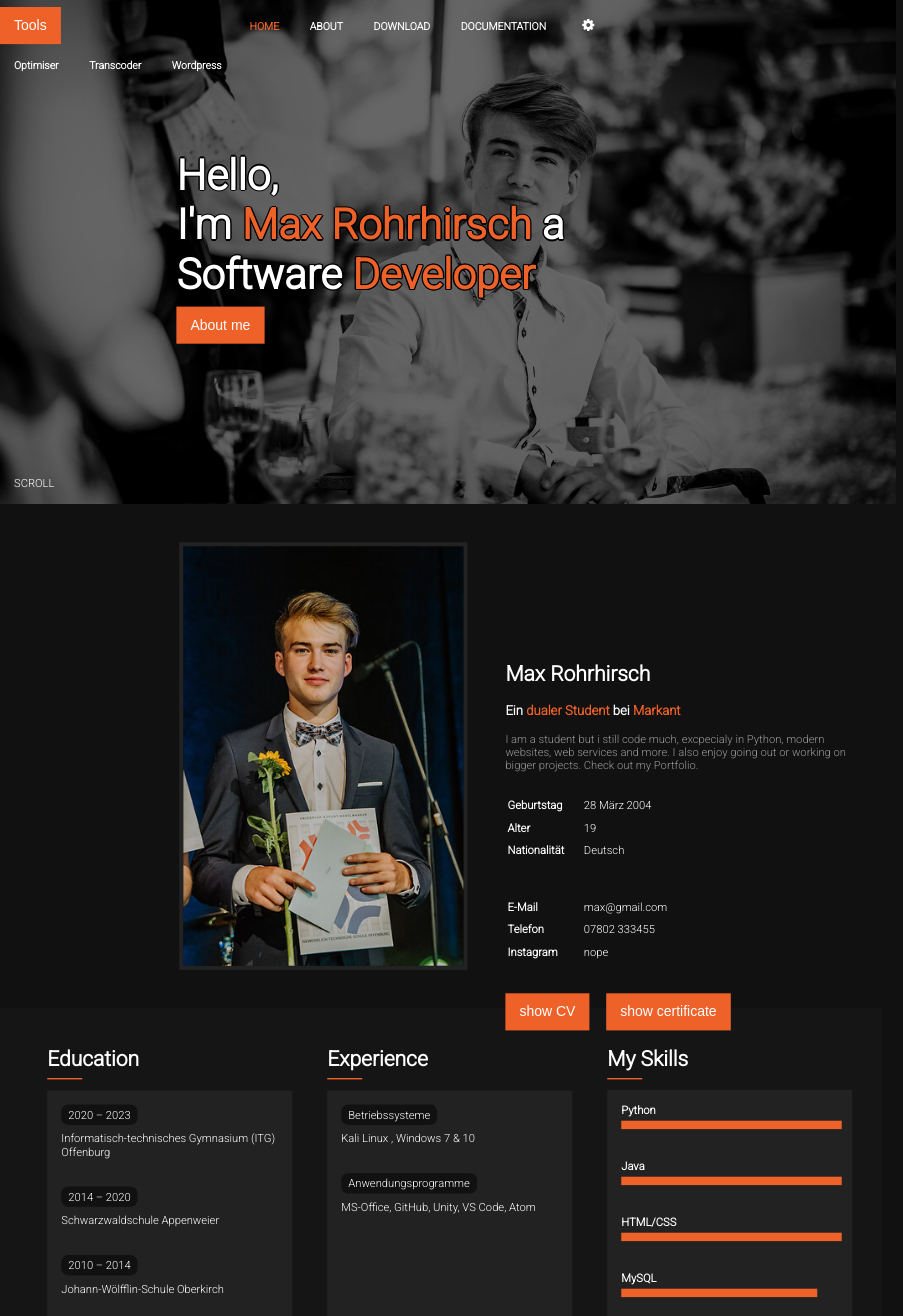
Repository: Max-Rohrhirsch/Max-Rohrhirsch.github.io
Page: index.html
An editor plug-in stored every save of this project. The page is shown before and after the next save, followed by the edit.
The browser window is 1280 px wide. The page is 1290 px wide, so the pictures cover 1290 px, including what lies to the right of the window. The pictures show the part of the page from y = 0 to 1880 px (the page is 2903 px tall), at 70% of full size.

Above is the page before, as saved 2023-10-15 15:20:25.

### index.html
<html>
    <head>
        <title>My Portfolio</title>

        <meta name="viewport" content="width=device-width, initial-scale=1">
        <meta name="description" lang="en" content="Documentation of many things I learned">
        <meta name="keywords" content="HTML, CSS, JavaScript, Coding, max">
        <meta name="author" content="Rohrhirsch Max">

        <link rel="preconnect" href="https://fonts.googleapis.com">
        <link rel="preconnect" href="https://fonts.gstatic.com" crossorigin>
        <link href="https://fonts.googleapis.com/css2?family=Roboto:wght@300&display=swap" rel="stylesheet">
        <link rel="stylesheet" href="https://cdnjs.cloudflare.com/ajax/libs/font-awesome/4.7.0/css/font-awesome.min.css">

        <link rel="stylesheet" href="/style.css">
        <link rel="icon" type="image/x-icon" href="/Bilder/favicon.ico">
    </head>
    <body>
        <div class="header">
            <a href="#home"><colored>HOME</colored></a>
            <a href="#about">ABOUT</a>
            <a href="#downloads">DOWNLOAD</a>
            <a href="/documentation/documentation.html">DOCUMENTATION</a>

            <a class="settings">
                <span class="icon"><i class="fa fa-gear" style="font-size:20px;"></i></span>
                <button class="text" onclick='document.querySelector(":root").style.setProperty("--main-special-color", "#ee622a")'></button>
                <button class="text" onclick='document.querySelector(":root").style.setProperty("--main-special-color", "#2e7f49")'></button>
                <button class="text" onclick='document.querySelector(":root").style.setProperty("--main-special-color", "#d83131")'></button>
                <button class="text" onclick='document.querySelector(":root").style.setProperty("--main-special-color", "#194e94")'></button>
            </a>

            <div class="dropdown" style="float:left;">
                <button class="dropbtn">Tools</button>
                <div class="dropdown-content" style="left:0;">
                    <a href="/Tools/Optimiser/Optimiser.html">Optimiser</a>
                    <a href="/Tools/Transcoder/Transcoder.thml">Transcoder</a>
                    <a href="/Tools/Wordpress/Wordpress.html">Wordpress</a>
                </div>
            </div>
        </div>

        <!-- ------ HOME ----- -->
        <div class="home block" id="home">
            <h1>
                Hello,<br>
                I'm <colored>Max Rohrhirsch</colored> a <br>
                Software <colored><span id="rotating">Developer</span></colored><br>
                <button onclick="window.location.href='#about';">About me</button>
            </h1>

            <img src="/Bilder/Ich bwl.jpg" class="BGIMG">
            <a id="scroll" href="#about">SCROLL</a>
        </div>

        <!-- ------ ABOUT ----- -->
        <div class="about block" id="about">
            <img src="/Bilder/Ich zeugnis.jpg">

            <div id="info">
                <h2>Max Rohrhirsch</h2>
                <h3>Ein <colored>dualer Student</colored> bei <colored>Markant</colored></h3>
                <p>
                    I am a student but i still code much,
                    excpecialy in Python, modern websites,
                    web services and more.
                    I also enjoy going out or working on bigger projects. Check out my Portfolio.
                </p>
                <table id="table1">
                    <tr>
                        <th>Geburtstag</th>
                        <td>28 März 2004</td>
                    </tr>
                    <tr>
                        <th>Alter</th>
                        <td>19</td>
                    </tr>
                    <tr>
                        <th>Nationalität</th>
                        <td>Deutsch</td>
                    </tr>
                </table>
                <table id="table2">
                    <tr>
                        <th>E-Mail</th>
                        <td>max@gmail.com</td>
                    </tr>
                    <tr>
                        <th>Telefon</th>
                        <td>07802 333455</td>
                    </tr>
                    <tr>
                        <th>Instagram</th>
                        <td>nope</td>
                    </tr>
                </table><br>
                <button>show CV</button>
                <button>show certificate</button>
            </div>
        </div>

        <!-- ------ EXPERIENCE ----- -->
        <div class="exper block">
            <div class="centered">
                <div class="ed" style="left: 0;">
                    <h2>Education</h2>
                    <hr>
                    <div class="edBlock">
                        <p>
                            <date style="margin-top: 0;">2020 – 2023</date><br>    Informatisch-technisches Gymnasium (ITG) Offenburg<br>
                            <date>2014 – 2020</date><br>    Schwarzwaldschule Appenweier<br>
                            <date>2010 – 2014</date><br>	Johann-Wölfflin-Schule Oberkirch
                        </p>
                    </div>
                </div>
                <div class="ed" style="left: 400px;">
                    <h2>Experience</h2>
                    <hr>
                    <div class="edBlock">
                        <p>
                            <date style="margin-top: 0;">Betriebssysteme</date><br>	Kali Linux , Windows 7 & 10<br>
                            <date>Anwendungsprogramme</date><br>MS-Office, GitHub, Unity, VS Code, Atom
                        </p>
                    </div>
                </div>
                <div class="ed" style="left: 800px;">
                    <h2>My Skills</h2>
                    <hr>
                    <div class="edBlock" style="left: 700px;">
                        <div id="skill">
                            Python      <span class="line" style="width: 90%;"></span><br>
                            Java        <span class="line" style="width: 90%;"></span><br>
                            HTML/CSS    <span class="line" style="width: 90%;"></span><br>
                            MySQL       <span class="line" style="width: 80%;"></span><br>
                            C/C++       <span class="line" style="width: 60%;"></span><br>
                            Javascript  <span class="line" style="width: 60%;"></span>
                        </div>
                    </div>
                </div>
            </div>
        </div>

        <!-- ------ DOWNLOAD ----- -->
        <div class="downloads block" id="downloads">
            <h2><colored>Downloads</colored></h2>
            <div class="downloadButtons">
                <button onclick='document.querySelectorAll(".downBlock").forEach(a=>a.style.display = "none");document.getElementById("down1").style.display = "inline-flex";'>new OS</button>
                <button onclick='document.querySelectorAll(".downBlock").forEach(a=>a.style.display = "none");document.getElementById("down2").style.display = "inline-flex";'>small Python</button>
                <button onclick='document.querySelectorAll(".downBlock").forEach(a=>a.style.display = "none");document.getElementById("down3").style.display = "inline-flex";'>assistent</button>
                <button onclick='document.querySelectorAll(".downBlock").forEach(a=>a.style.display = "none");document.getElementById("down4").style.display = "inline-flex";'>Search Engine</button>
                <button onclick='document.querySelectorAll(".downBlock").forEach(a=>a.style.display = "none");document.getElementById("down5").style.display = "inline-flex";'>Transcoder</button>
            </div>

            <!-- ----------- Many diverent download blocks ---------- -->
            <div class="downBlock" id="down1">
                <div class="download">
                    <a class="downEl" href="/Bilder/ich 4.jpg" download>
                        bin/
                    </a>
                    <a class="downEl" href="" download>
                        README.md
                    </a>
                </div>
                <div class="downInfo">
                    <h2><colored>Repository</colored></h2>
                    <a>github.com/dddddd/heehhh</a>
                    <hr>
                    <h2><colored>Version</colored></h2>
                    <p>3.4.1</p>
                </div>
            </div>

            <div class="downBlock" id="down2">
                <div class="download">
                    <a class="downEl" href="/Bilder/ich 4.jpg" download>
                        home/
                    </a>
                    <a class="downEl" href="" download>
                        README.md2
                    </a>
                </div>
                <div class="downInfo">
                    <h2><colored>Repository</colored></h2>
                    <a>github.com/dddddd/heehhh</a>
                    <hr>
                    <h2><colored>Version</colored></h2>
                    <p>3.4.1</p>
                </div>
            </div>

            <div class="downBlock" id="down3">
                <div class="download">
                    <a class="downEl" href="/Bilder/ich 4.jpg" download>
                        usr/
                    </a>
                    <a class="downEl" href="" download>
                        README.md3
                    </a>
                </div>
                <div class="downInfo">
                    <h2><colored>Repository</colored></h2>
                    <a>github.com/dddddd/heehhh</a>
                    <hr>
                    <h2><colored>Version</colored></h2>
                    <p>3.4.1</p>
                </div>
            </div>

            <div class="downBlock" id="down4">
                <div class="download">
                    <a class="downEl" href="/Bilder/ich 4.jpg" download>
                        usr/
                    </a>
                    <a class="downEl" href="" download>
                        README.md4
                    </a>
                </div>
                <div class="downInfo">
                    <h2><colored>Repository</colored></h2>
                    <a>github.com/dddddd/heehhh</a>
                    <hr>
                    <h2><colored>Version</colored></h2>
                    <p>3.4.1</p>
                </div>
            </div>

            <div class="downBlock" id="down5">
                <div class="download">
                    <a class="downEl" href="/Bilder/ich 4.jpg" download>
                        usr/
                    </a>
                    <a class="downEl" href="" download>
                        README.md5
                    </a>
                </div>
                <div class="downInfo">
                    <h2><colored>Repository</colored></h2>
                    <a>github.com/dddddd/heehhh</a>
                    <hr>
                    <h2><colored>Version</colored></h2>
                    <p>3.4.1</p>
                </div>
            </div>

        </div>

        <!-- ------ SCRIPT FOR HEADER ----- -->
        <script>
            var scrollTrigger = 60;

            window.onscroll = function() {
                if (window.scrollY >= scrollTrigger || window.pageYOffset >= scrollTrigger) {
                    document.getElementsByClassName("header")[0].classList.add("active");
                } else {
                    document.getElementsByClassName("header")[0].classList.remove("active");
                }
            };
        </script>
    </body>
</html>

### style.css
:root {
    --main-special-color: #ee622a;
    --main-bg-color: #111;
    transition: 3s;
    scroll-behavior: smooth;
}

body {
    background-color: var(--main-bg-color);
    color: white;
    overflow-x: hidden;

    font-family: 'Roboto', sans-serif;
    margin: 0;
}



/* ----------------------------- MAIN STUFF --------------------------------------- */


/* ---- NAVIGATIONBAR ---- */

.active { background-color: #222}

.header {
    font-size: 15px;
    color: white;

    position: fixed;
    user-select: none;
    z-index: 2;
    display: inline-block;
    font-weight: 900;

    right: 0;
    top: 0;
    width:100%
}

.header a {
    margin: 20px;
    line-height: 60px;
    color: white;
    text-decoration: none;
}

.header:hover { cursor: pointer }


/* ---- SCROLL ---- */

#scroll {
    position: absolute;
    bottom: 20px;
    left: 20px;

    color: white;
    text-decoration: none;
}
#scroll:hover { cursor: pointer }


/* ---- Settings ---- */

.header .settings {
    color: white;
    text-decoration: none;

    border-radius: 60px;

    display: inline-flex;
    align-items: center;
    overflow:hidden;

    height: 32px;
    max-width: 32px;

    -webkit-transition: max-width 0.5s;
    transition: max-width 0.5s;
}

.header .settings:hover {
    max-width: 300px;
    background-color: #222;
}

.icon {
    font-family: "Font Awesome 5 Free";
    font-size: 16px;
    padding: 0px 8px;
    display: flex;
    align-items: center;
}

.header .text {
    padding: 5px;

    background-color:#ee622a;
    border-radius: 50%;

    width: 20px;
    height: 20px;
    margin-right: 5px;
    margin-top: 0;
}

.header .text:nth-child(2) { background-color: #ee622a }
.header .text:nth-child(3) { background-color: #2e7f49 }
.header .text:nth-child(4) { background-color: #d83131 }
.header .text:nth-child(5) { background-color: #194e94 }

/* ----- BLOCK ----- */

.block {
    width: calc(100vw - 20px);
    height: calc(100vh);
    display: flex;
}

.BGIMG {
    width: 100%;
    height: 100%;

    object-fit: cover;
    position: absolute;
    filter: brightness(40%);
    z-index: 0;

    top: 0;
    left: 0;
}


/* ------------------------------ HOME ----------------------------------- */

.home h1 {
    font-size: 60px;
    position: relative;
    z-index: 1;

    margin-top: 50vh;
    transform: translate(0, -50%);
    margin-left: 20%;

    text-shadow: 2px 0 #000, -2px 0 #000, 0 2px #000, 0 -2px #000,
             1px 1px #000, -1px -1px #000, 1px -1px #000, -1px 1px #000;

    height: 290px;
}

button {
    color: white;
    background-color: var(--main-special-color);

    padding: 15px 20px;
    border: none;
    margin-top: 10px;

    font-size: 20px;
    z-index: 1;
}
button:hover {
    cursor: pointer;
    transition: all 0.2s ease-in-out;
    box-shadow: 0 0 30px var(--main-special-color);
}

colored { color: var(--main-special-color) }


/* ------------------------------- ABOUT ------------------------------------- */

.about {
    background-color: #111;
}

.about img {
    width: 400px;

    position: absolute;
    left: 20vw;
    margin-top: 50vh;
    transform: translate(0, -50%);

    border: 6px solid #222;
}

#info {

    margin-top: 50vh;
    margin-left: calc(20% + 450px);
    transform: translate(0, -50%);

    width: 600px;
    padding: 20px;
}

h2 { font-size: 30px }

p {
    width: 500px;
    color: #999;
}

.about table {
    display: inline-block;
    text-align: left;
    margin-top: 15px;

    height: 130px;
    width: 290px;
}

table th { width: 105px }
table tr { height: 30px }
.about button { margin-right: 20px }


/* ------------------------------ EXPERIENCE ----------------------------------- */

.exper { background-color: #151515 }

.centered {
    position: absolute;

    width: 1185px;
    height: 700px;

    margin-top: 50vh;
    margin-left: 50vw;
    transform: translate(-50%, -50%);
}

.exper hr {
    color: var(--main-special-color);
    background-color: var(--main-special-color);

    height: 2px;
    width: 50px;

    margin-left: 0;
    margin-top: -15px;
    margin-bottom: 15px;

    border: none;
}

.centered .ed {
    width: 350px;
    height: 600px;

    display: block;
    position: absolute;
    text-align: left;
    padding: 20px;
}

.edBlock:hover {
    cursor: pointer;

    -webkit-box-shadow:0px 0px 41px 10px rgba(45,255,196,0.21);
    -moz-box-shadow: 0px 0px 41px 10px rgba(45,255,196,0.21);
    box-shadow: 0px 0px 41px 10px rgba(45,255,196,0.21);
}

.centered .ed .edBlock {
    height: 500px;
    width: 350px;

    background-color: #222;
}

/* ----- texts ----- */
.edBlock date {
    background-color: #111;
    padding:5px 10px;
    border-radius: 10px;
    top: 20px;
    display: inline-block;
    margin-bottom: 10px;
    margin-top: 40px;
    width: auto;
}
.edBlock p{
    padding: 20px;
    display: block;
    color: white;
    max-width: 350px;

}
.edBlock .line {
    height: 12px;
    min-width: 50%;
    background-color: var(--main-special-color);
    display: block;
    margin-bottom: 25px;
    margin-top: 5px;


}
#skill {
    padding: 20px;
    font-weight: bold;
    width: 350px;
}

/* ------------------------------ Downloads ----------------------------------- */

.downloads {
    background-color: #111;
    display: block;
    height: calc(100vh - 200px);
}
.downloads h2 {
    margin-left: 20vw;
    margin-top: 20vh;
}

.downloadButtons {
    margin-left: 20vw;
    width: 60vw;
}
.downloadButtons button {
    background-color:#111;
    color: yellow;

    border-bottom: 1px solid yellow;

    width: calc(55vw / 5);
}



.downBlock {
    margin-left: 20vw;
    margin-top: 50px;
    display: none;
}
.download {
    border:1px solid #999;
    border-radius: 5px;

    width: 40vw;
    height: 400px;
}
.downEl {
    border: 1px solid #999;
    color: white;
    font-weight: bold;
    font-size: 15px;
    display: block;

    padding: 5px;
    padding-left: 10px;
}
.downEl:hover {
    cursor: pointer;
    background-color: #222;
}

/* ----- color buttons ----- */
.downloadButtons button:nth-child(1) {
    color:#ee622a;
    border-bottom: 1px solid #ee622a;
}
.downloadButtons button:nth-child(1):hover {
    background-color: #7c3b21;
    color: white;
    box-shadow: 0 0 30px #7c3b21;
}

.downloadButtons button:nth-child(2) {
    color:#ffcd3a;
    border-bottom: 1px solid #ffcd3a;
}
.downloadButtons button:nth-child(2):hover {
    background-color: #7c641c;
    color: white;
    box-shadow: 0 0 30px #7c641c;
}

.downloadButtons button:nth-child(3) {
    color:#9d0908;
    border-bottom: 1px solid #9d0908;
}
.downloadButtons button:nth-child(3):hover {
    background-color: #520404;
    color: white;
    box-shadow: 0 0 30px #520404;
}

.downloadButtons button:nth-child(4) {
    color:#c836c3;
    border-bottom: 1px solid #c836c3;
}
.downloadButtons button:nth-child(4):hover {
    background-color: #5b38ad;
    color: white;
    box-shadow: 0 0 30px #5b38ad
}

.downloadButtons button:nth-child(5) {
    color:#4697e0;
    border-bottom: 1px solid #4697e0;
}
.downloadButtons button:nth-child(5):hover {
    background-color: #194e94;
    color: white;
    box-shadow: 0 0 30px #194e94;
}


/* ---------- Info ---------- */

#down1 {
    display: inline-flex;
}


/* ----- Info ----- */

.downInfo {
    padding-left: 20px;
    display: block;

    width: 20vw;
    margin: 0;
}
.downInfo h2 {
    font-size: 20px;

    margin: 0;
    margin-bottom: 10px;
}
.downInfo a {
    color: white;
    font-weight: bold;

}
.downInfo a:hover {
    cursor: pointer;
}
.downInfo hr {
    margin: 0;
    margin-top: 5px;
    margin-bottom: 20px;

    width: 15vw;
    height: 1px;

    background-color: #999;
}
.downInfo p {
    color: white;
    font-weight: bold;

}

After the next save:
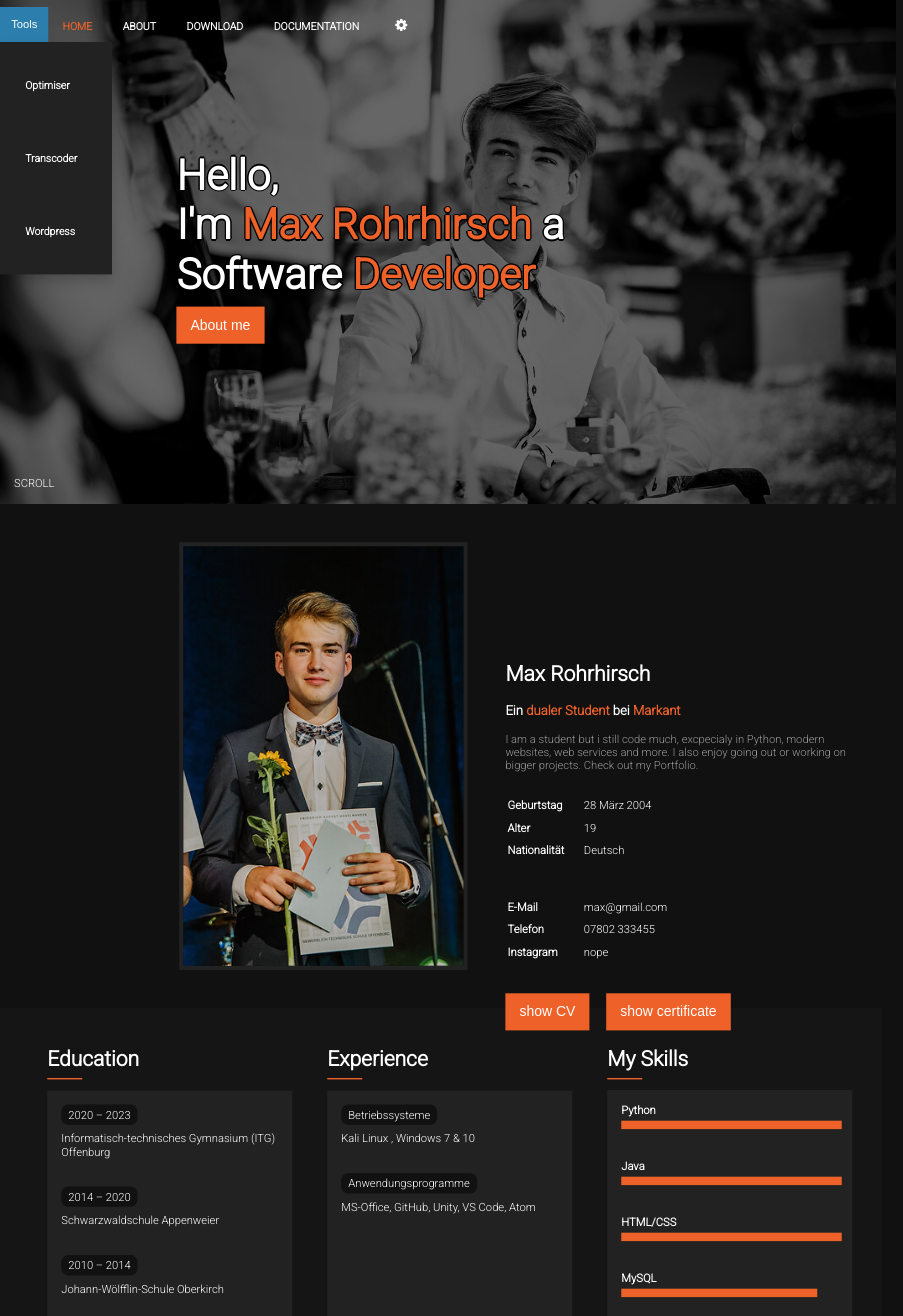
Saved 2 min 7 s later.
--- a/style.css
+++ b/style.css
@@ -46,6 +46,44 @@ body {
 }
 
 .header:hover { cursor: pointer }
+
+/* ---- DROPDOWN ---- */
+
+.dropbtn {
+    background-color: #222;
+    color: white;
+
+    padding: 16px;
+    font-size: 16px;
+    border: none;
+    cursor: pointer;
+  }
+
+  .dropdown {
+    position: relative;
+    display: inline-block;
+  }
+
+  .dropdown-content {
+    display: none;
+    position: absolute;
+    right: 0;
+
+    background-color: #222;
+    min-width: 160px;
+    box-shadow: 0px 8px 16px 0px rgba(0,0,0,0.2);
+  }
+
+  .dropdown-content a {
+    color: White;
+    padding: 12px 16px;
+    text-decoration: none;
+    display: block;
+  }
+
+  .dropdown-content a:hover { background-color: #333 }
+  .dropdown:hover .dropdown-content { display: block }
+  .dropdown:hover .dropbtn { background-color: #2c7ead }
 
 
 /* ---- SCROLL ---- */
